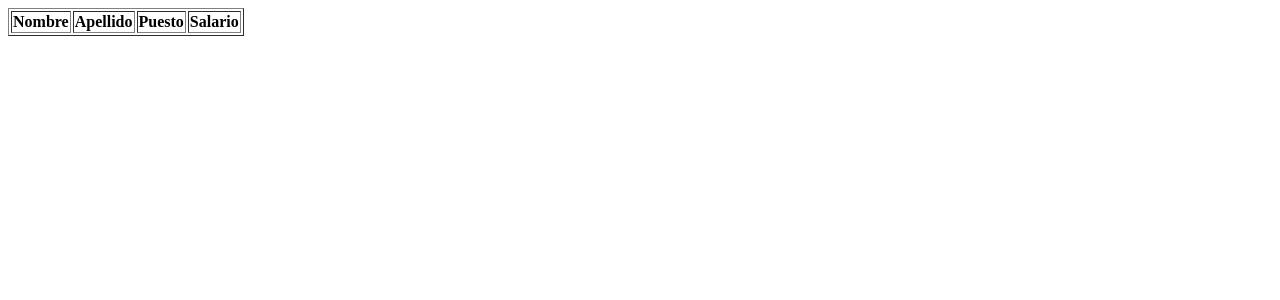
Repository: FernandoJFernandez/Curso-java-2022
Page: http://localhost/Primeros_pasos_JSP/RecorreEmpleados3.jsp
These files come from the project's save history. The page is drawn as it stood at one moment and after the next save; the edit follows.
The browser window is 1280 px wide. The pictures show the whole page.
The page is served by Tomcat 9. Other server files are loaded and not shown. Queries for data that is not in the repository find no rows.

Above is the page before, as saved 2023-04-24 14:17:04.

### Primeros_pasos_JSP/src/main/webapp/RecorreEmpleados3.jsp
<%@ page language="java" contentType="text/html; charset=UTF-8"
    pageEncoding="UTF-8"%>

<%@ taglib uri="http://java.sun.com/jsp/jstl/core" prefix= "c" %>
<%@ page import = "java.util.*, java.sql.*, pildorasinformaticas.com.jsptags.Empleado" %>

<%
	ArrayList<Empleado> datos = new ArrayList<>();
	Class.forName("com.mysql.cj.jdbc.Driver");

	try{
		Connection miConexion = DriverManager.getConnection("jdbc:mysql://localhost:3306/proyecto_jsp","root","");
		Statement miStatement = miConexion.createStatement();
		String instruccionSql = "SELECT * FROM EMPLEADOS";
		ResultSet rs = miStatement.executeQuery(instruccionSql);

		while(rs.next()){
			datos.add(new Empleado(rs.getString(1), rs.getString(2), rs.getString(3), rs.getDouble(4)));
		}
		rs.close();
		miConexion.close();

	}catch(Exception e){
		out.println("ha habido un error");
	}
	pageContext.setAttribute("losEmpleados",datos);
%>

<!DOCTYPE html>
<html>
<head>
	<meta charset="UTF-8">
	<title>Video 243: Recorre Empleados JSP_Tags</title>
	<style>
	.cabecera{
		font-weight:bold;
	}
	</style>
</head>
<body>
	<table border="1">
		<tr class="cabecera"><td>Nombre</td><td>Apellido</td><td>Puesto</td><td>Salario</td></tr>

		<c:forEach var="EmpTemp" items="${losEmpleados}">
		<tr>
			<td>${EmpTemp.nombre}</td><td> ${EmpTemp.apellido}</td><td> ${EmpTemp.puesto}</td><td> ${EmpTemp.salario}</td>
		</tr>
		</c:forEach>

	</table>
</body>
</html>

After the next save:
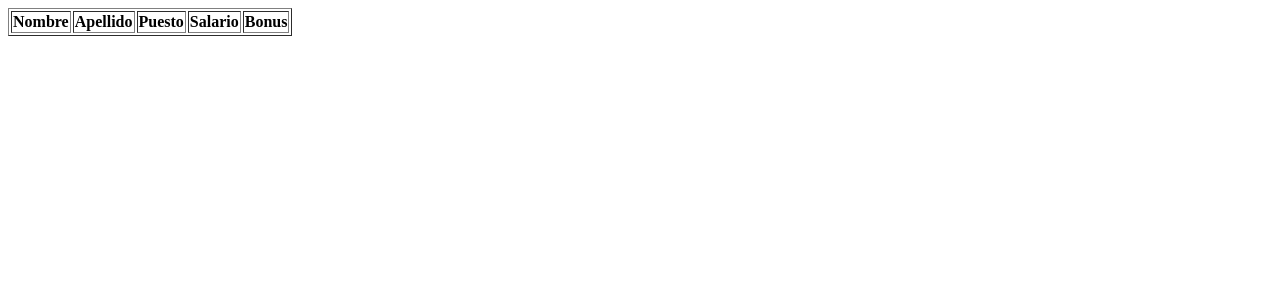
Saved 5 min 55 s later.
--- a/Primeros_pasos_JSP/src/main/webapp/RecorreEmpleados3.jsp
+++ b/Primeros_pasos_JSP/src/main/webapp/RecorreEmpleados3.jsp
@@ -39,11 +39,13 @@
 </head>
 <body>
 	<table border="1">
-		<tr class="cabecera"><td>Nombre</td><td>Apellido</td><td>Puesto</td><td>Salario</td></tr>
+		<tr class="cabecera"><td>Nombre</td><td>Apellido</td><td>Puesto</td><td>Salario</td><td>Bonus</td></tr>
 
 		<c:forEach var="EmpTemp" items="${losEmpleados}">
 		<tr>
 			<td>${EmpTemp.nombre}</td><td> ${EmpTemp.apellido}</td><td> ${EmpTemp.puesto}</td><td> ${EmpTemp.salario}</td>
+			<td><c:if test="${EmpTemp.salario<40000}">5000</c:if></td>
+
 		</tr>
 		</c:forEach>
 
